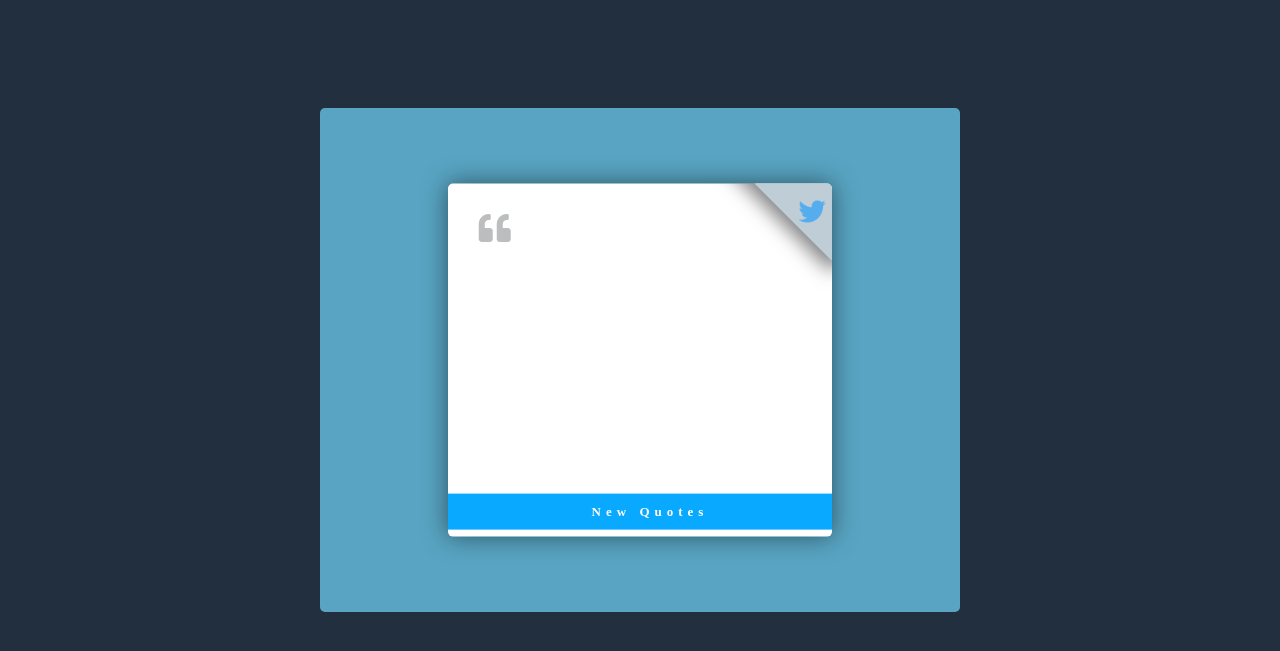
Repository: AalokJadhav/Dynamic_Quotes
Page: index.html
An editor plug-in stored every save of this project. The page is shown before and after the next save, followed by the edit.
The browser window is 1280 px wide. The pictures show the whole page.
The page's requests for data from a server got no answer. Some web libraries are served in a nearby version.

Above is the page before, as saved 2020-11-07 16:41:03.

After the next save:
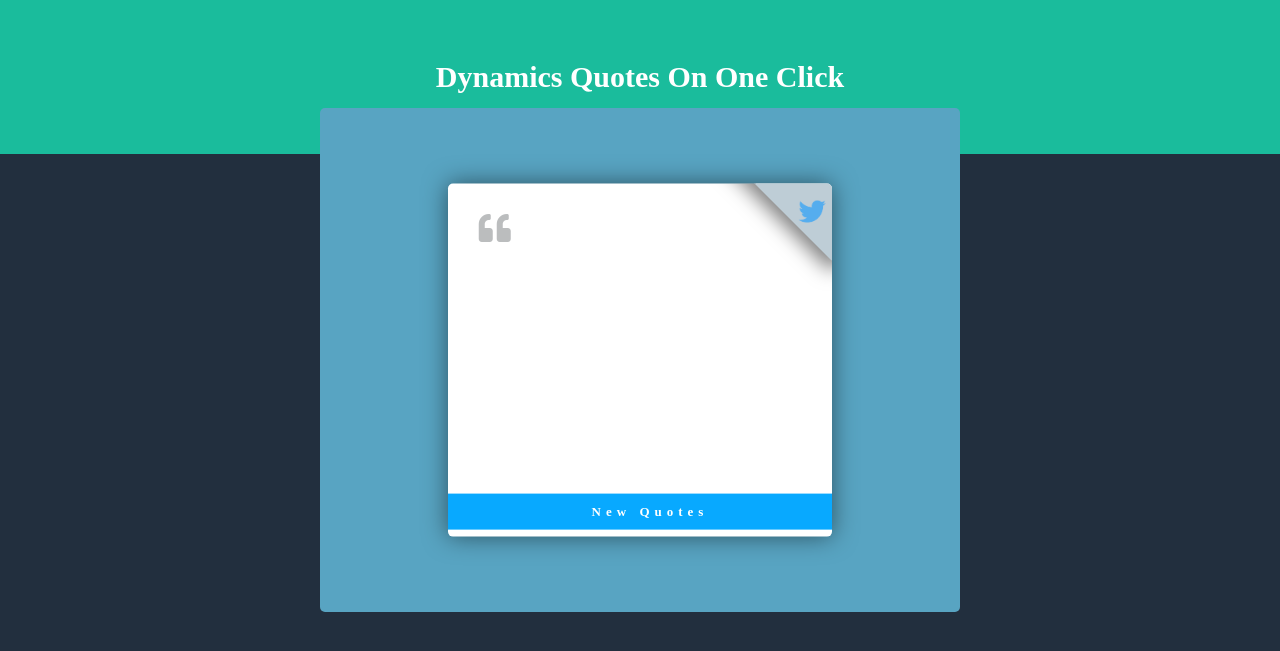
Saved 1 s later.
--- a/index.html
+++ b/index.html
@@ -11,9 +11,8 @@
 </head>
 
 <body>
+    <h2 class="header">Dynamics Quotes On One Click</h2>
     <div class="container">
-        <h2>Dynamics Quotes On One Click</h2>
-
         <div class="inner" data-aos="zoom-in">
             <div class="box">
                 <p class="number">

After the save that followed:
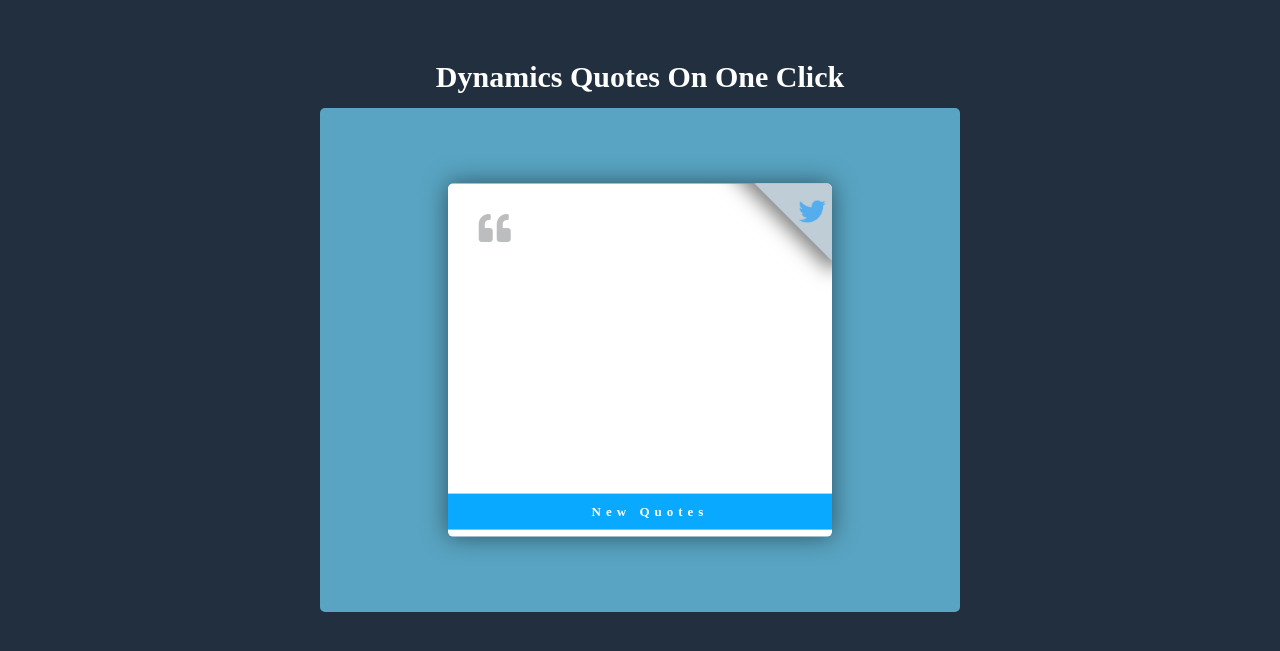
Saved 16 s later.
--- a/style.css
+++ b/style.css
@@ -11,7 +11,7 @@ body{
 .header {
     padding: 60px;
     text-align: center;
-    background: #1abc9c;
+    /* background: #1abc9c; */
     color: white;
     font-size: 30px;
   }
